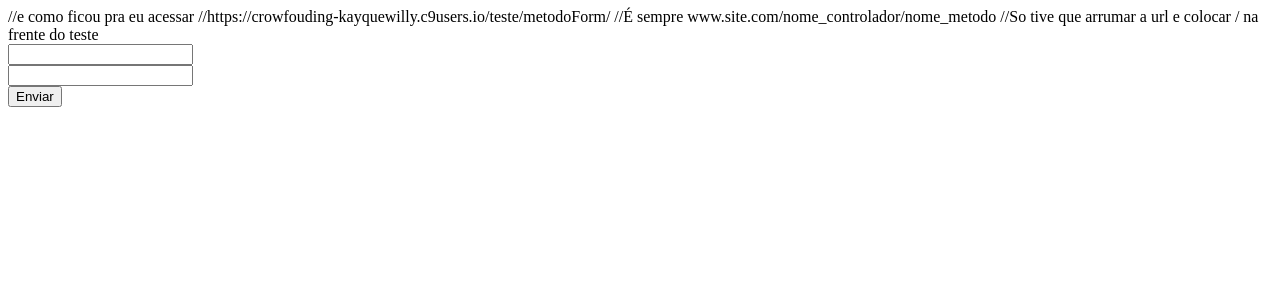
Repository: kayque-willy/COM212-crowdfunding
Page: http://localhost/database/application/views/form.php
The author's editor kept a record of every edit. The page is drawn from the files as they stood at one moment, then again after the next edit.
The browser window is 1280 px wide. The pictures show the whole page.
The page is run by PHP 8.4 with error messages shown; the project is at /var/www/html/.

Above is the page before.

After the next edit:
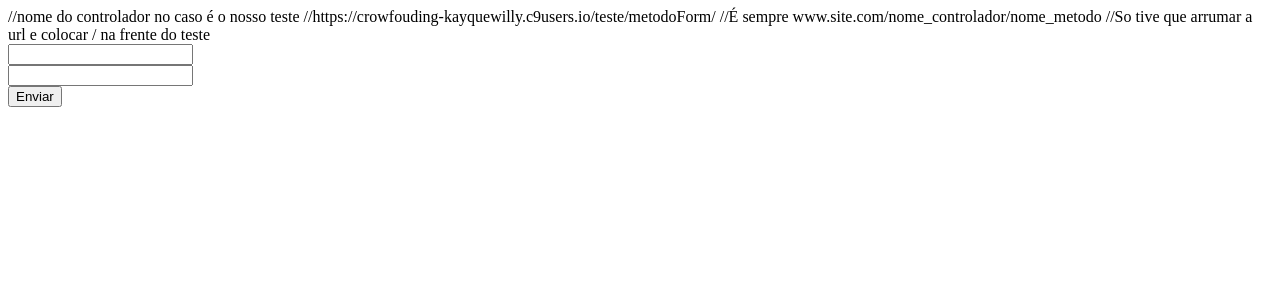
The edit:
--- a/application/views/form.php
+++ b/application/views/form.php
@@ -2,7 +2,7 @@
     <head>
     </head>
     <body>
-        //e como ficou pra eu acessar
+        //nome do controlador no caso é o nosso teste
         //https://crowfouding-kayquewilly.c9users.io/teste/metodoForm/
 
         //É sempre www.site.com/nome_controlador/nome_metodo
